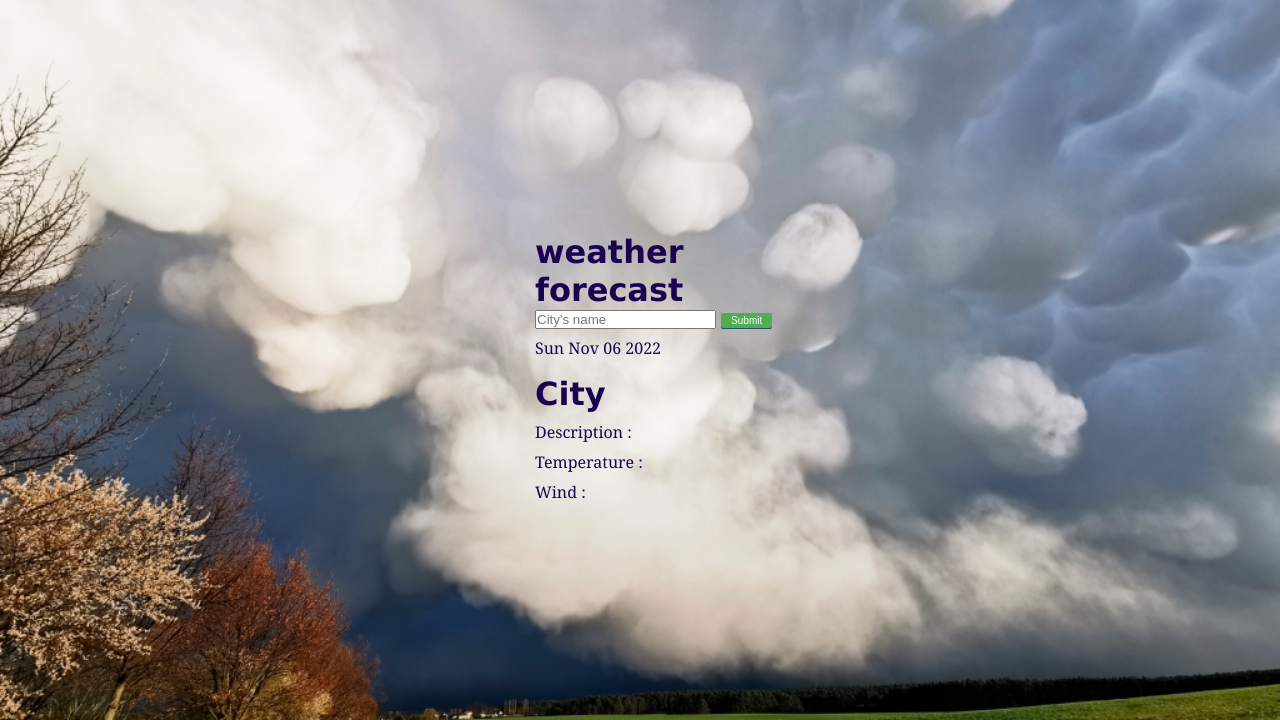
Repository: heartbreathing/searchWeather
Page: index.html
The author's editor kept a copy of each file at every save. The page is drawn from the files as they stood at one save, then again after the next save.
The browser window is 1280 px wide. The pictures show the whole page.

Above is the page before, as saved 2022-11-07 09:07:09.

After the next save:
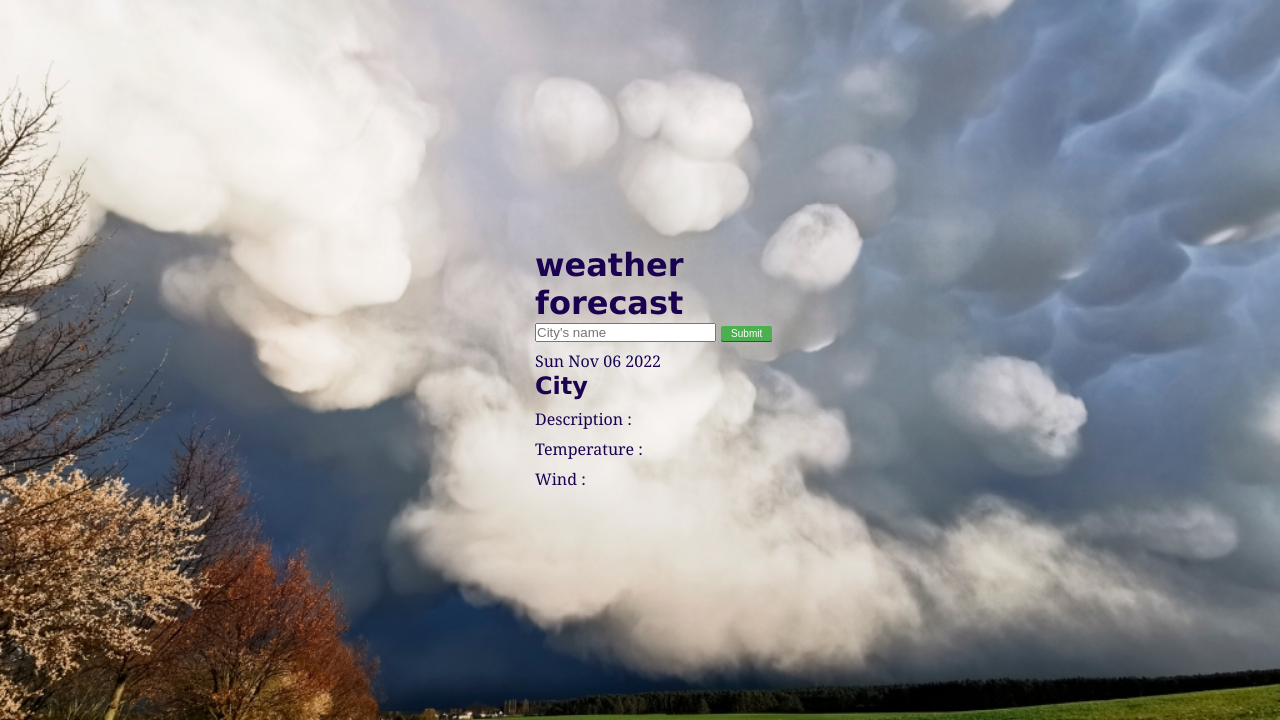
Saved 8 s later.
--- a/index.html
+++ b/index.html
@@ -16,7 +16,7 @@
         <button type="submit" class="btn">Submit</button>
       </form>
       <div class="time content_line"></div>
-      <h1><span class="name capitalize">City</span></h1>
+      <h2><span class="name capitalize">City</span></h2>
       <p class="content_line">Description :<span class="description"></span></p>
       <p class="content_line">
         Temperature : <span class="temperature"></span>
